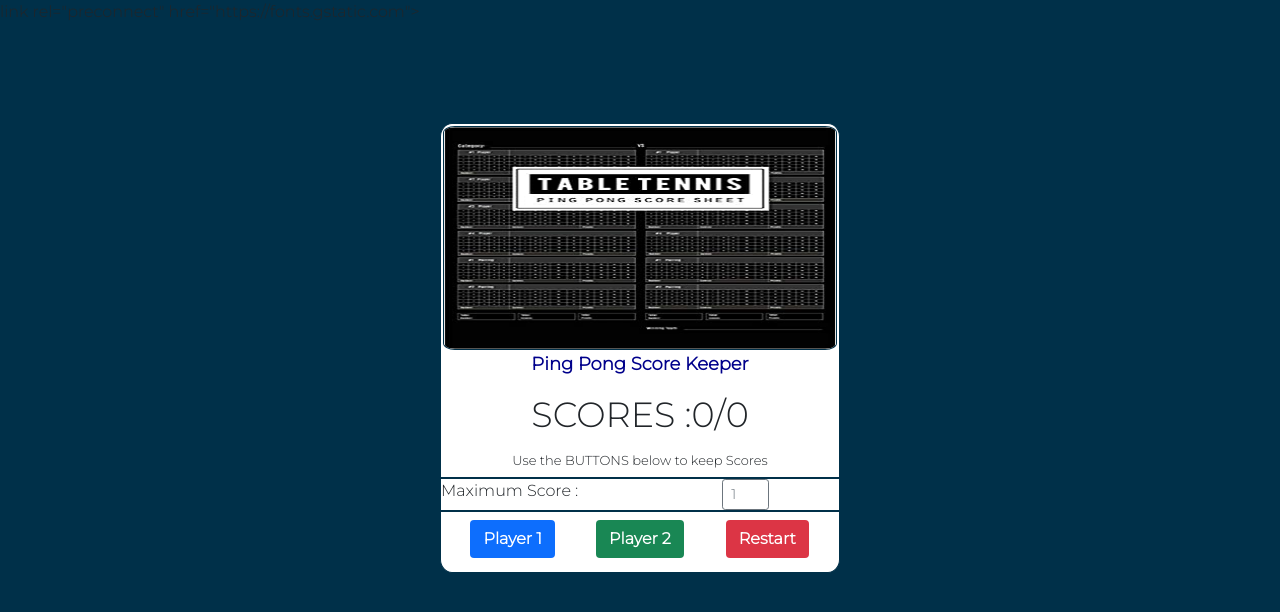
Repository: uditjain100/JavaScript-for-Web
Page: 9.Score Keeper Project/sk.html
The author's editor kept a copy of each file at every save. The page is drawn from the files as they stood at one save, then again after the next save.
The browser window is 1280 px wide. The pictures show the whole page.

Above is the page before, as saved 2021-01-23 12:55:41.

### 9.Score Keeper Project/sk.html
<!DOCTYPE html>
<html lang="en">
  <head>
    <meta charset="UTF-8" />
    <meta name="viewport" content="width=device-width, initial-scale=1.0" />
    <title>Score Keeper</title>
    <link
      href="https://cdn.jsdelivr.net/npm/bootstrap@5.0.0-beta1/dist/css/bootstrap.min.css"
      rel="stylesheet"
      integrity="sha384-giJF6kkoqNQ00vy+HMDP7azOuL0xtbfIcaT9wjKHr8RbDVddVHyTfAAsrekwKmP1"
      crossorigin="anonymous"
    />
    link rel="preconnect" href="https://fonts.gstatic.com">
    <link
      href="https://fonts.googleapis.com/css2?family=Montserrat:wght@300&display=swap"
      rel="stylesheet"
    />
    <link rel="stylesheet" href="app.css" />
  </head>
  <body>
    <div class="container">
      <div id="mainbody" class="main" style="height: 450px">
        <img
          src="image.png"
          alt="Table_Tennis"
          class="img-fluid mx-auto"
          style="width: 99%; height: 50%"
        />

        <h6 id="heading" class="diaply-10">Ping Pong Score Keeper</h6>

        <div id="scores" class="scores m-2 p-1 mx-auto">
          <span id="score1" class="score">SCORES :</span>
          <span id="score2" class="score">0</span
          ><span id="score3" class="score">/</span
          ><span id="score4" class="score">0</span>
        </div>

        <h6 id="instruction">Use the BUTTONS below to keep Scores</h6>

        <div id="maxScores" class="row">
          <div class="col-6">
            <h6 id="max_score" class="display-10 fw-4">Maximum Score :</h6>
          </div>
          <div id="select_02" class="col-2">
            <select
              class="form-control btn-sm btn-outline-secondary mu-2 md-2"
              name="max-score"
              id="max_score_select"
            >
              <option value="1">1</option>
              <option value="2">2</option>
              <option value="3">3</option>
              <option value="4">4</option>
              <option value="5">5</option>
            </select>
          </div>
        </div>

        <div id="allbtns" class="row m-2">
          <div class="col">
            <button id="p1_btn" class="btn bg-primary">Player 1</button>
          </div>
          <div class="col">
            <button id="p2_btn" class="btn bg-success">Player 2</button>
          </div>
          <div class="col">
            <button id="reset" class="btn bg-danger">Restart</button>
          </div>
        </div>

        <!-- ********************* -->
      </div>
    </div>

    <script src="app.js"></script>
  </body>
</html>

### 9.Score Keeper Project/app.css
body {
  background-color: #003049;
  font-family: "Montserrat";
}

.container {
  display: flex;
  justify-content: center;
  align-items: center;
  min-height: 90vh;
}

img {
  display: flex;
  justify-content: center;
  margin-top: 2px;
  border: 0.5px #003049 solid;
  border-radius: 3%;
}

#mainbody {
  background-color: white;
  border: 0.5px #003049 solid;
  border-radius: 3%;
  width: 400px;
}

#heading {
  margin: 3px;
  padding: 1px;
  text-align: center;
  color: darkblue;
  font-weight: 900;
  font-size: large;
  font-family: "Montserrat";
}

#scores {
  display: flex;
  justify-content: center;
  align-items: center;
}

#instruction {
  text-align: center;
  font-size: small;
}

#maxScores {
  display: flex;
  align-items: center;
  border-top: 2px #003049 solid;
  border-bottom: 2px #003049 solid;
}

#max_score #max_score_select {
  padding: 2px;
  margin: 0px 0px auto;
  margin-top: 2px;
  margin-bottom: 2px;
  text-align: center;
}

#select_02 {
  margin: 0px auto;
}

#score1 {
  text-align: center;
  font-size: 35px;
}
#score2 {
  text-align: center;
  font-size: 35px;
}
#score3 {
  text-align: center;
  font-size: 35px;
}
#score4 {
  text-align: center;
  font-size: 35px;
}

.btn {
  color: white;
  font-weight: 900;
}

.col {
  display: flex;
  justify-content: space-evenly;
  align-items: center;
}

### 9.Score Keeper Project/app.js
var p1_score = document.querySelector("#score2");
var p2_score = document.querySelector("#score4");

var p1_btn = document.querySelector("#p1_btn");
var p2_btn = document.querySelector("#p2_btn");
var reset_btn = document.querySelector("#reset");

var max_score_selector = document.querySelector("#max_score_select");
console.log(max_score_selector);
console.log(max_score_selector.value);

var i = 0;
var j = 0;
var max = Number.parseInt(max_score_selector.value);
var isGameOyer = false;

max_score_selector.addEventListener("change", () => {
  max = Number.parseInt(max_score_selector.value);
  reset();
});

p1_btn.addEventListener("click", () => {
  if (!isGameOyer) {
    if (i + 1 === max) {
      p1_score.innerText = ++i;
      p1_score.style.color = "Green";
      p2_score.style.color = "Red";
      i = 0;
      j = 0;
      isGameOyer = true;
      alert("Restart Game :)");
    } else {
      p1_score.style.color = "Black";
      p1_score.innerText = ++i;
    }
  }
});

p2_btn.addEventListener("click", () => {
  if (!isGameOyer) {
    if (j + 1 === max) {
      p2_score.innerText = ++j;
      p2_score.style.color = "Green";
      p1_score.style.color = "Red";
      i = 0;
      j = 0;
      isGameOyer = true;
      alert("Restart Game :)");
    } else {
      p2_score.style.color = "Black";
      p2_score.innerText = ++j;
    }
  }
});

reset_btn.addEventListener("click", reset);

function reset() {
  isGameOyer = false;
  i = 0;
  j = 0;
  p1_score.innerText = i;
  p2_score.innerText = j;
  p2_score.style.color = "Black";
  p1_score.style.color = "Black";
}

After the next save:
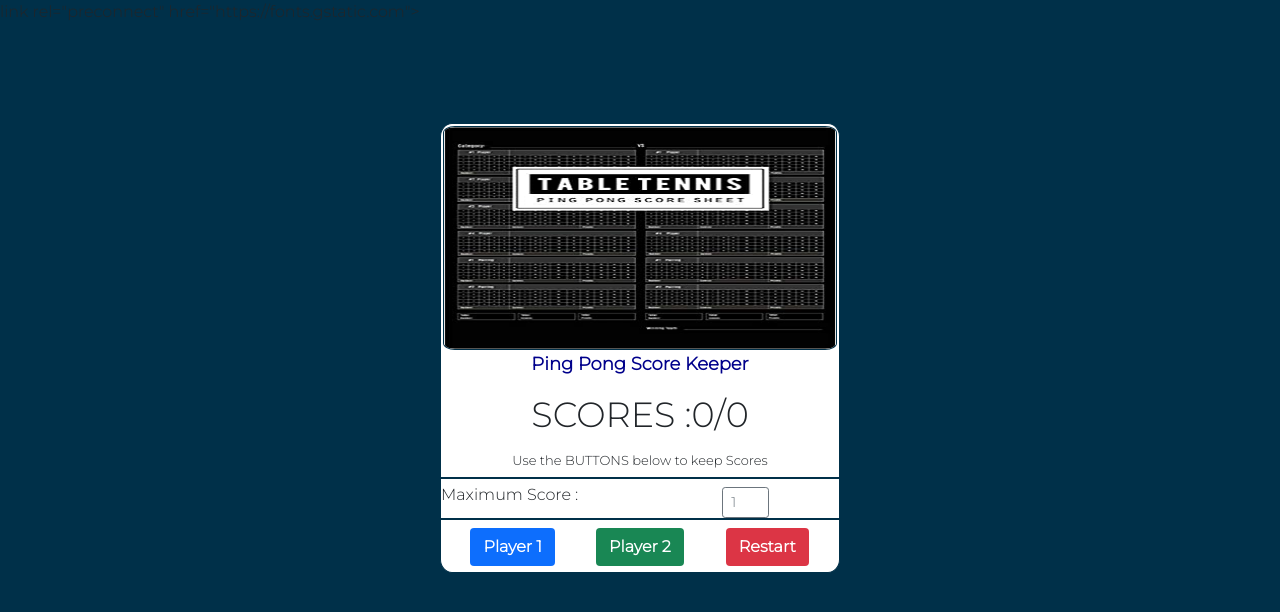
Saved 9 s later.
--- a/9.Score Keeper Project/sk.html
+++ b/9.Score Keeper Project/sk.html
@@ -44,7 +44,7 @@
           </div>
           <div id="select_02" class="col-2">
             <select
-              class="form-control btn-sm btn-outline-secondary mu-2 md-2"
+              class="form-control btn-sm btn-outline-secondary mt-2 md-2"
               name="max-score"
               id="max_score_select"
             >
